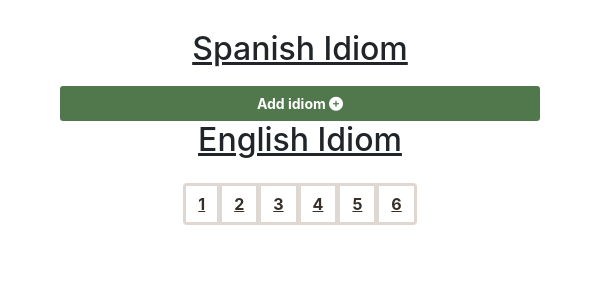
Repository: JK27/idioms-english-spanish
Page: http://localhost/
The author's editor kept a record of every edit. The page is drawn from the files as they stood at one moment, then again after the next edit.
The browser window is 600 px wide. The pictures show the whole page.
Some web libraries are served in a nearby version. The page is served by the project's application, run on Flask 3 (idioms.py). Queries for data that is not in the repository find no rows.

Above is the page before.

After the next edit:
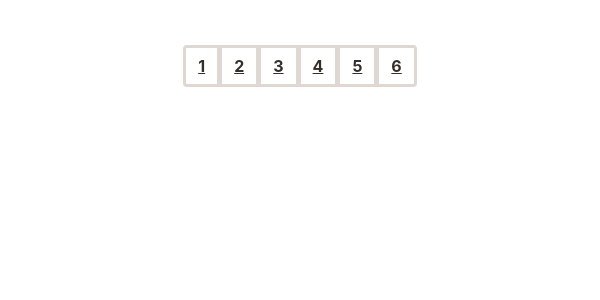
The edit:
--- a/static/css/style.css
+++ b/static/css/style.css
@@ -101,6 +101,7 @@
 }
 
 /*----------------------------------------------------------------- Block divider */
+
 .block-divider {
     width: 100%;
     height: 5px;
@@ -109,6 +110,7 @@
 }
 
 /*------------------------------------------------------------------ Deletion modal */
+
 #cancel-button {
     background-color: #33373a;
     border-color: #33373a;
@@ -148,10 +150,13 @@
 @media (min-width: 768px) {
     .card {
         word-wrap: normal;
-}
+    }
 }
 
 @media (max-width: 767px) {
+    .header-item {
+        display: none;
+    }
     .middle-column {
         padding-top: 0;
     }
